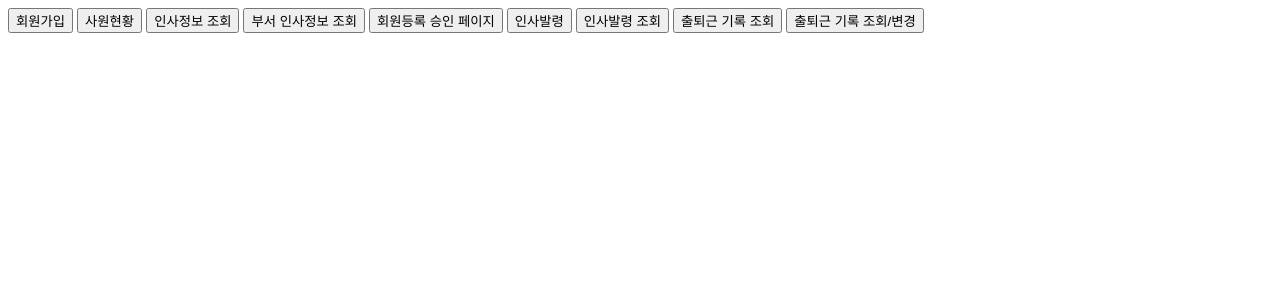
Repository: cdhft12/springTest
Page: http://localhost/todakProject/default.jsp
These files come from the project's save history. The page is drawn as it stood at one moment and after the next save; the edit follows.
The browser window is 1280 px wide. The pictures show the whole page.
Some web libraries are served in a nearby version. The page is served by Tomcat 9.

Above is the page before, as saved 2020-03-15 06:51:59.

After the next save:
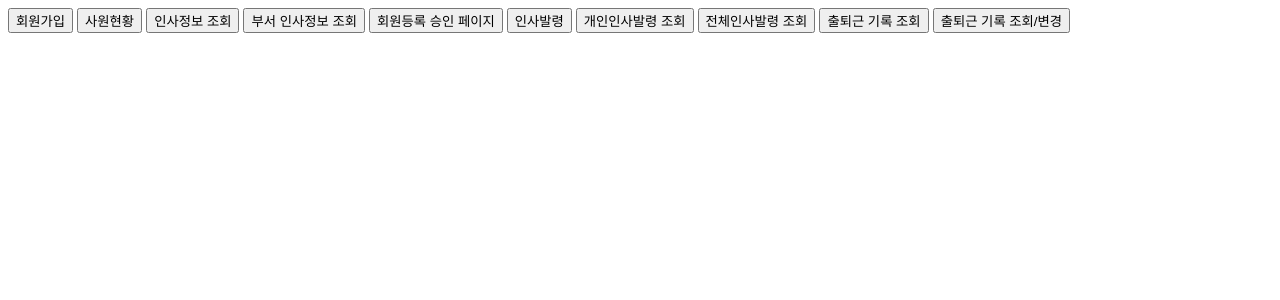
Saved 15 min 6 s later.
--- a/TodakTodak/todakProject/WebContent/default.jsp
+++ b/TodakTodak/todakProject/WebContent/default.jsp
@@ -125,7 +125,8 @@
 			<input type="button" name="deptReference" id="deptReference" value="부서 인사정보 조회">
 			<input type="button" name="approval" id="approval" value="회원등록 승인 페이지">
 			<input type="button" name="appointment" id="appointment" value="인사발령">
-			<input type="button" name="selectappt" id="selectappt" value="인사발령 조회">
+			<input type="button" name="selectappt" id="selectappt" value="개인인사발령 조회">
+			<input type="button" name="selectapptAll" id="selectapptAll" value="전체인사발령 조회">
 			<input type="button" name="commuteRecord" id="commuteRecord" value="출퇴근 기록 조회">
 			<input type="button" name="deptCommRecord" id="deptCommRecord" value="출퇴근 기록 조회/변경">
 
